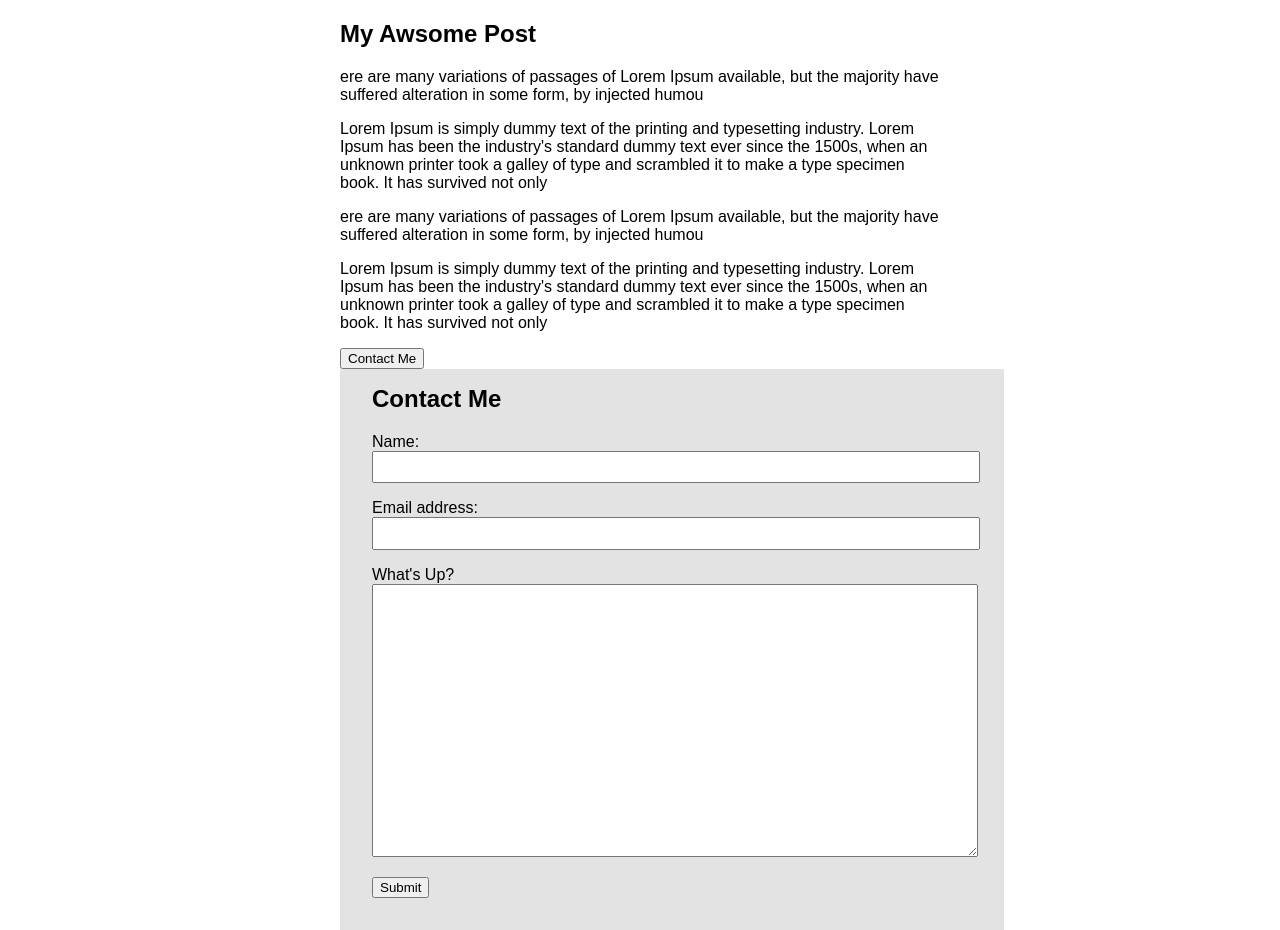
Repository: nema38/30DaysTrainning
Page: 30Days08/index.html
An editor plug-in stored every save of this project. The page is shown before and after the next save, followed by the edit.
The browser window is 1280 px wide. The pictures show the whole page.
After loading, the first visible `button` was clicked once.
Some web libraries are served in a nearby version.

Above is the page before, as saved 2014-04-16 18:42:42.

After the next save:
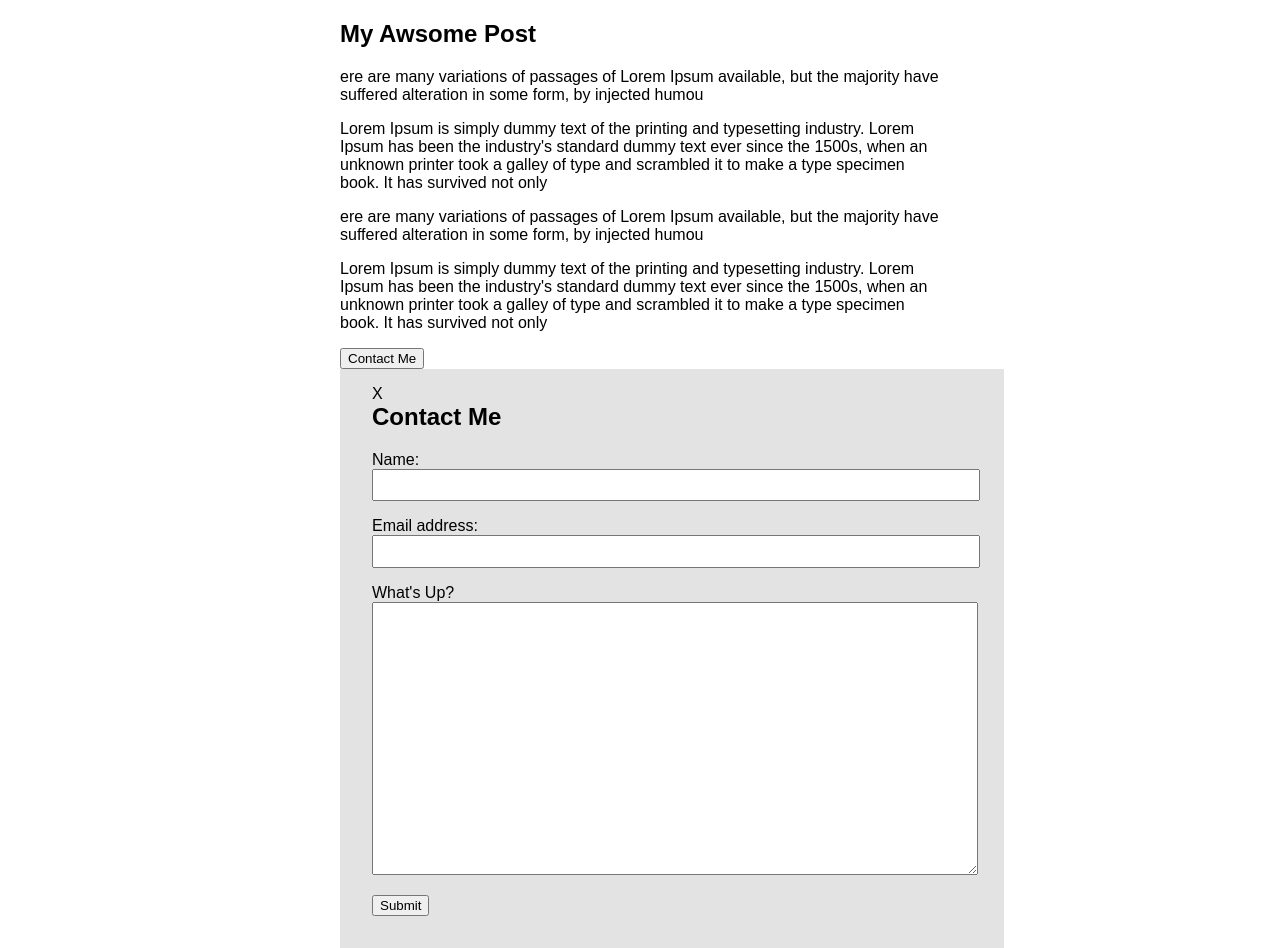
Saved 10 min 44 s later.
--- a/30Days08/index.html
+++ b/30Days08/index.html
@@ -96,7 +96,16 @@
 					},
 
 					show: function() {
+						contactForm.close.call(contactForm.container);
 						contactForm.container.show();
+					},
+					close: function()	{
+						var $this = $(this);
+						$('<span class=close>X</span>')
+						.prependTo(this)
+						.on('click', function() {
+							$this.hide();
+						})
 					}
 				};
 				contactForm.init();
